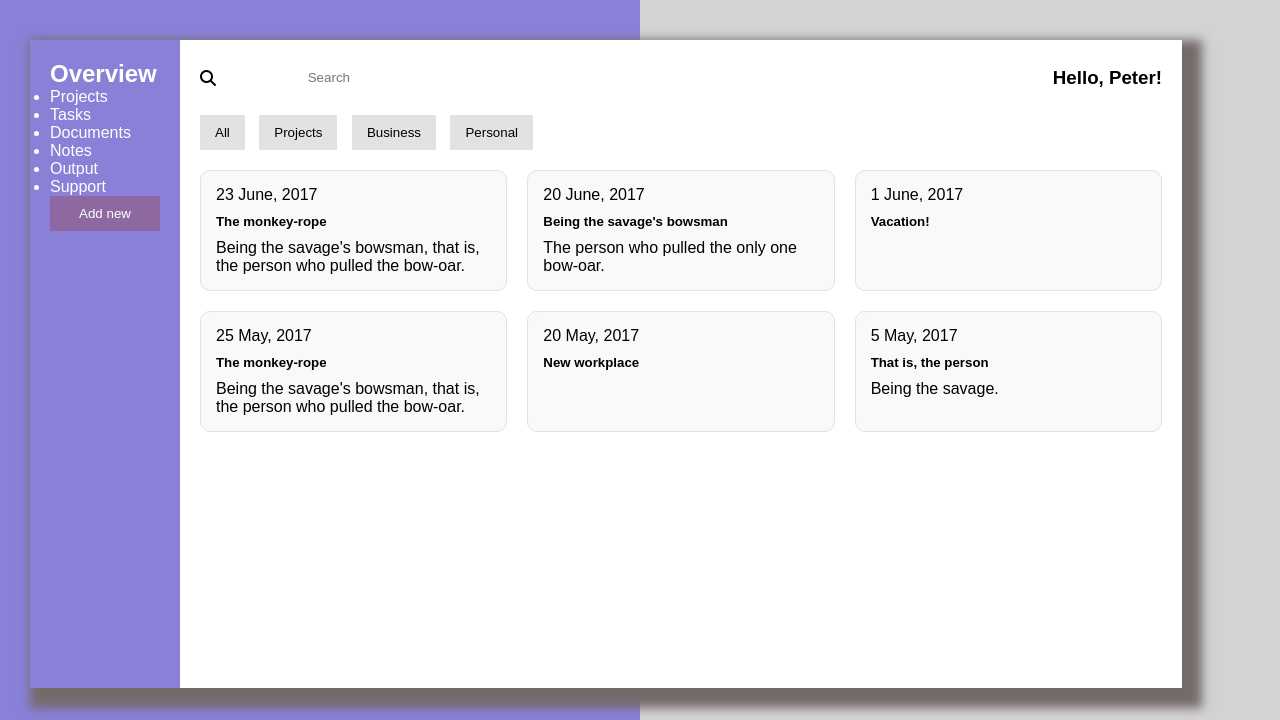
Repository: SatenikGabrielyan/HTML_CSS-_Assignment
Page: index.html
These files come from the project's save history. The page is drawn as it stood at one moment and after a run of saves; the edit follows.
The browser window is 1280 px wide. The pictures show the whole page.
Some web libraries are served in a nearby version.

Above is the page before, as saved 2025-03-17 20:41:01.

After the next 2 saves:
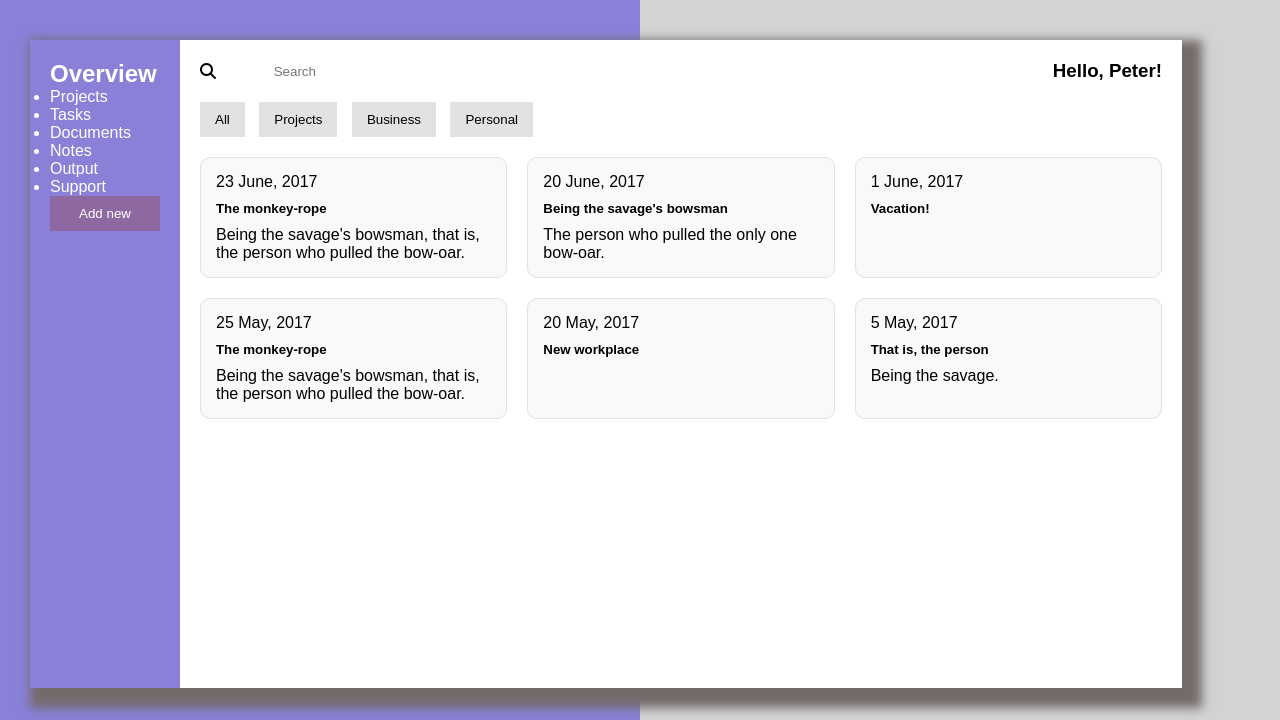
The 2 saves are shown as one change because they came seconds apart.
The last was saved 79 s later.
--- a/style.css
+++ b/style.css
@@ -272,8 +272,8 @@
 .header input {
     border: none;
     margin: 0;
-    padding: 10px;
-    width: 70%;
+    /* padding: 10px; */
+    width: 75%;
 }
 
 .header h3 {
